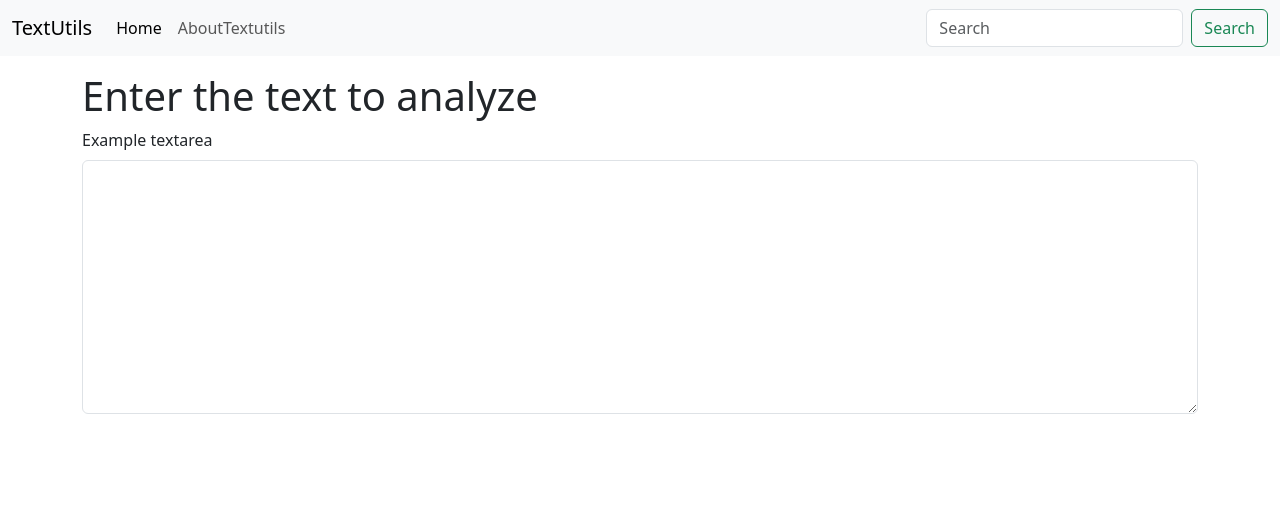
Repository: Rohit-foryou/Text-Utils
Page: /
An editor plug-in stored every save of this project. The page is shown before and after the next save, followed by the edit.
The browser window is 1280 px wide. The pictures show the whole page.
The project was rebuilt for these pictures with package versions that can differ from the ones it lists, and the page was loaded fresh each time. Also part of the build but not shown: src/index.css, src/App.css.

Above is the page before, as saved 2023-12-20 20:43:32.

### public/index.html
<!DOCTYPE html>
<html lang="en">
  <head>
    <meta charset="utf-8" />
    <link rel="icon" href="%PUBLIC_URL%/favicon.ico" />
    <meta name="viewport" content="width=device-width, initial-scale=1" />
    <meta name="theme-color" content="#000000" />
    <meta
      name="description"
      content="Web site created using create-react-app"
    />
    <link rel="apple-touch-icon" href="%PUBLIC_URL%/logo192.png" />
    <link rel="manifest" href="%PUBLIC_URL%/manifest.json" />

    <!-- Bootstrap CSS -->
    <link href="https://cdn.jsdelivr.net/npm/bootstrap@5.3.2/dist/css/bootstrap.min.css" rel="stylesheet" integrity="sha384-T3c6CoIi6uLrA9TneNEoa7RxnatzjcDSCmG1MXxSR1GAsXEV/Dwwykc2MPK8M2HN" crossorigin="anonymous">

    <title>React App</title>
  </head>
  <body>
    <noscript>You need to enable JavaScript to run this app.</noscript>
    <div id="root"></div>

    <script src="https://cdn.jsdelivr.net/npm/bootstrap@5.3.2/dist/js/bootstrap.bundle.min.js" integrity="sha384-C6RzsynM9kWDrMNeT87bh95OGNyZPhcTNXj1NW7RuBCsyN/o0jlpcV8Qyq46cDfL" crossorigin="anonymous"></script>
  </body>
</html>

### src/App.js
import "./App.css";
import Navbar from "./components/Navbar";
import TextForm from "./components/TextForm";


function App() {
  return (
    <>
      <Navbar title = "TextUtils" aboutText = "AboutTextutils"/>
      <div className="container my-3">
      <TextForm heading = "Enter the text to analyze"/>
      </div>
    </>
  );
}

export default App;

### src/components/Navbar.js
import React from 'react'
import PropTypes from 'prop-types'


export default function Navbar(props) {
  return (
    <nav className="navbar navbar-expand-lg bg-body-tertiary">
        <div className="container-fluid">
          <a className="navbar-brand" href="/">{props.title}</a>
          <button className="navbar-toggler" type="button" data-bs-toggle="collapse" data-bs-target="#navbarSupportedContent" aria-controls="navbarSupportedContent" aria-expanded="false" aria-label="Toggle navigation">
            <span className="navbar-toggler-icon"></span>
          </button>
          <div className="collapse navbar-collapse" id="navbarSupportedContent">
            <ul className="navbar-nav me-auto mb-2 mb-lg-0">
              <li className="nav-item">
                <a className="nav-link active" aria-current="page" href="/">Home</a>
              </li>
              <li className="nav-item">
                <a className="nav-link" href="/">{props.aboutText}</a>
              </li>
            </ul>
            <form className="d-flex" role="search">
              <input className="form-control me-2" type="search" placeholder="Search" aria-label="Search"/>
              <button className="btn btn-outline-success" type="submit">Search</button>
            </form>
          </div>
        </div>
      </nav>
  )
}

Navbar.propTypes = {title: PropTypes.string.isRequired,
                     AboutText: PropTypes.string.isRequired}

// Navbar.defaultProps = {
//     title: 'write title',
//     aboutText: 'About',
// }

### src/components/TextForm.js
import React from 'react'

export default function TextForm(props) {
  return (
    <div>
        <h1>{props.heading}</h1>
        <div className="mb-3">
        <label for="myBox" className="form-label">Example textarea</label>
        <textarea className="form-control" id="myBox" rows="10"></textarea>
        </div>
    </div>
  )
}

Loaded but not shown: src/index.js (common file); src/reportWebVitals.js (common file)

After the next save:
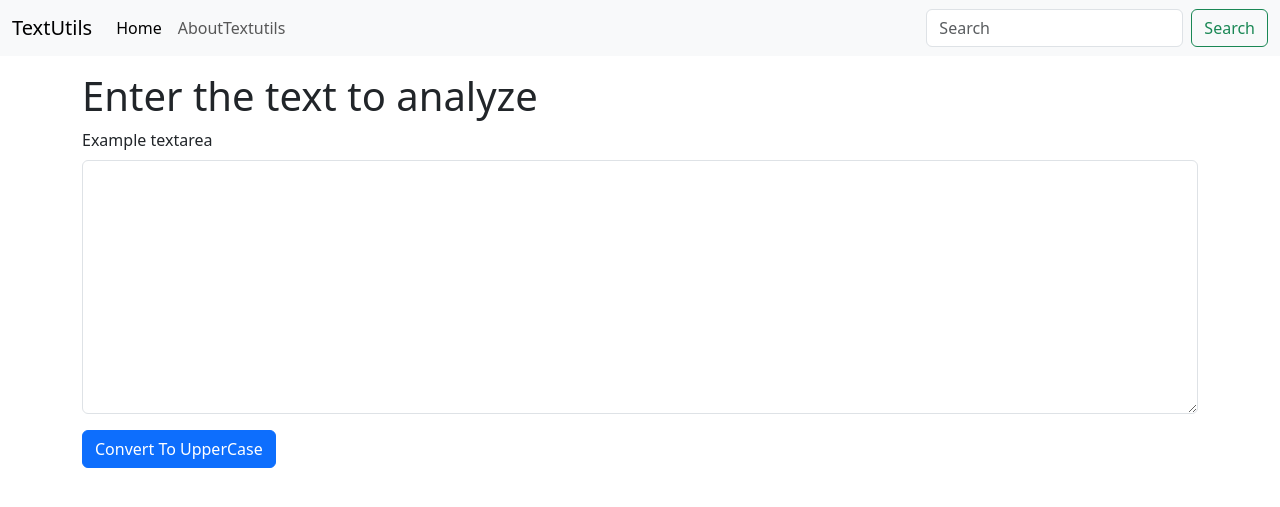
Saved 79 s later.
--- a/src/components/TextForm.js
+++ b/src/components/TextForm.js
@@ -8,6 +8,7 @@ export default function TextForm(props) {
         <label for="myBox" className="form-label">Example textarea</label>
         <textarea className="form-control" id="myBox" rows="10"></textarea>
         </div>
+        <button className="btn btn-primary">Convert To UpperCase</button>
     </div>
   )
 }
